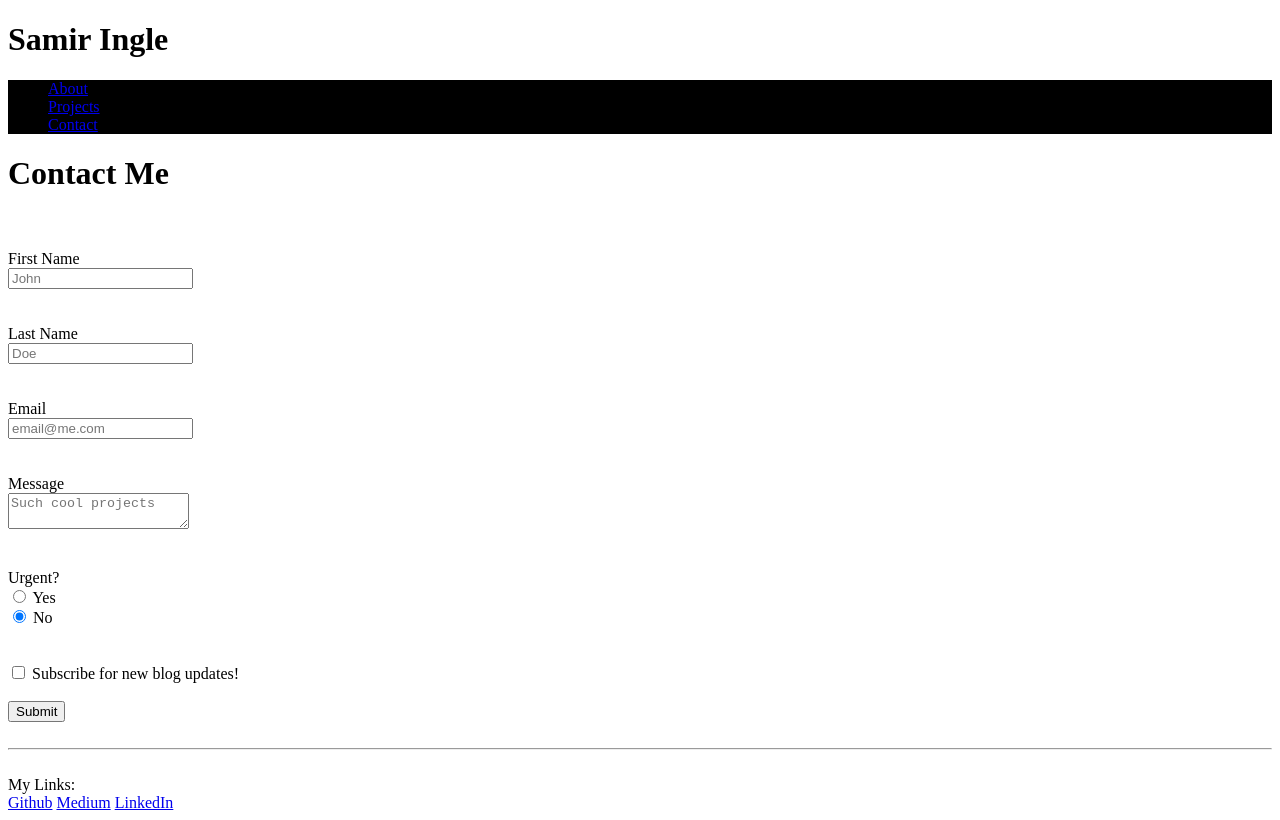
Repository: SamirIngley/html-semantic
Page: contact.html
An editor plug-in stored every save of this project. The page is shown before and after the next save, followed by the edit.
The browser window is 1280 px wide. The pictures show the whole page.

Above is the page before, as saved 2020-01-28 16:26:01.

After the next save:
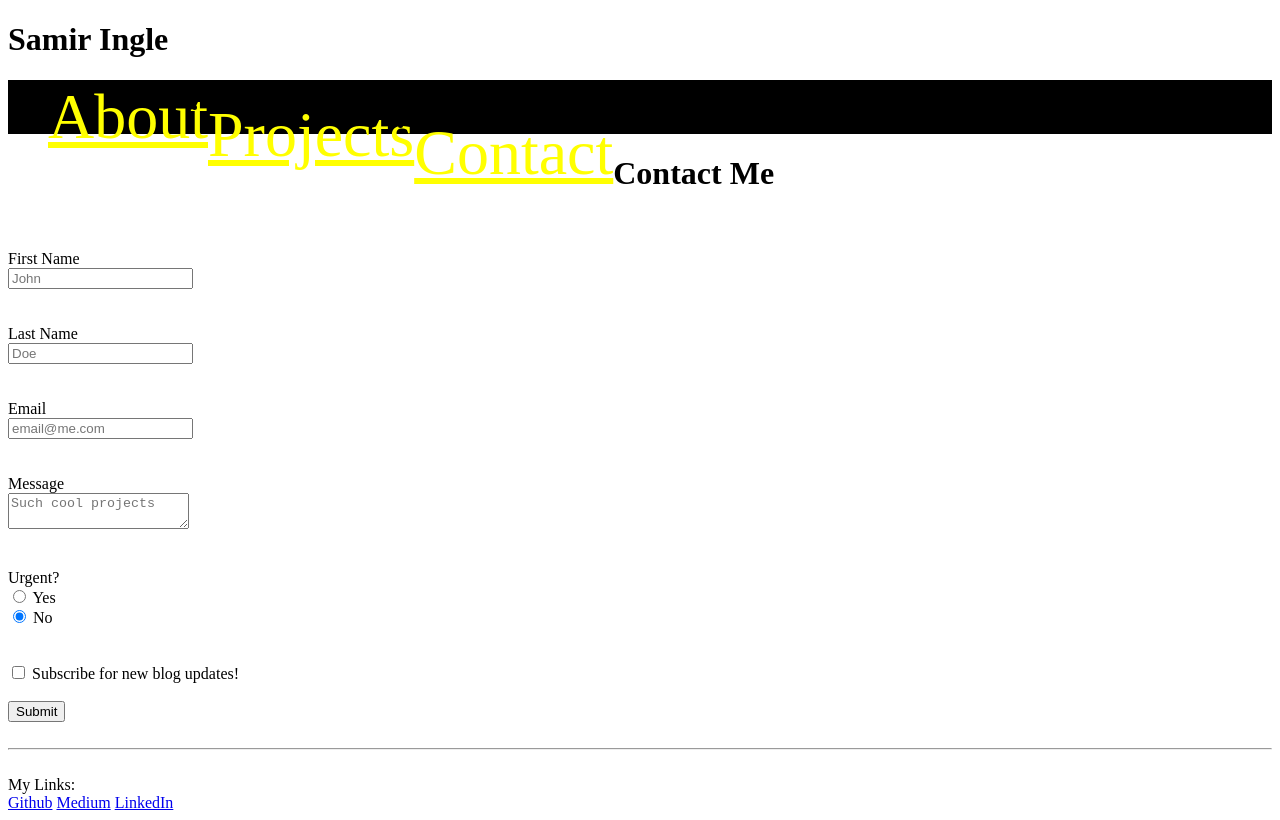
Saved 30 s later.
--- a/contact.html
+++ b/contact.html
@@ -22,7 +22,9 @@
         }
         nav a {
             float: left;
-            color:
+            color: yellow;
+            text-align: center;
+            font-size: 4em;
         }
         </style>
     </header>
